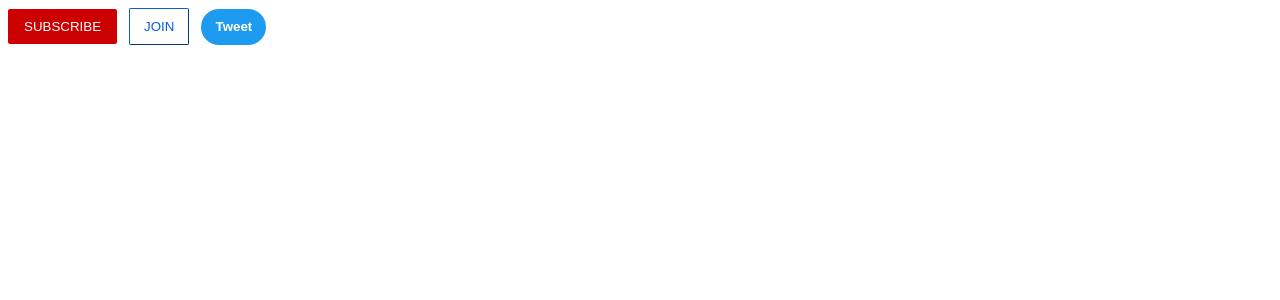
Repository: Kurumilli/Youtube
Page: buttons.html
These files come from the project's save history. The page is drawn as it stood at one moment and after the next save; the edit follows.
The browser window is 1280 px wide. The pictures show the whole page.

Above is the page before, as saved 2025-01-25 20:23:45.

### buttons.html
<html>
<body>
<style>
.subscribe{
    background-color: rgb(204, 0, 0);
    border:none;
    color: white;
    border-radius: 2px;
    cursor: pointer;
    padding-top: 10px;
    padding-bottom: 10px;
    padding-right: 16px;
    padding-left: 16px;
    transition:opacity 0.15s;
}
    .subscribe:hover{
        opacity: 0.8;
    }

    .subscribe:active{
        opacity: 0.4;
    }

.join{
background-color: white;
color: rgb(6, 95, 212);
border-width: 1px;
border-color:rgb(6, 95, 212);
border-radius: 2px;
cursor: pointer;
margin-left: 8px;
padding-top: 10px;
padding-bottom: 10px;
padding-right: 14px;
padding-left: 14px;
transition:background-color 0.15s, color 1s;
}

    .join:hover{
        background-color:rgb(6, 95, 212) ;
        color: white;
    }

    .join:active{
        opacity: 0.5;
    }

.tweet{
    background-color: rgb(29, 155, 240);
    border: none;
    height: 36px;
    color: white;
    width: 65px;
    border-radius: 18px;
    font-weight: bold;
    margin-left: 8px;
    transition: box-shadow 0.15s;
    }

    .tweet:hover{
        box-shadow:5px 5px 10px rgb(0,0,0, 0.15);
    }
</style>

<button class="subscribe">
    SUBSCRIBE
</button>

<button class="join">
    JOIN
</button>

<button class="tweet">
    Tweet
</button>




</body>
</html>

After the next save:
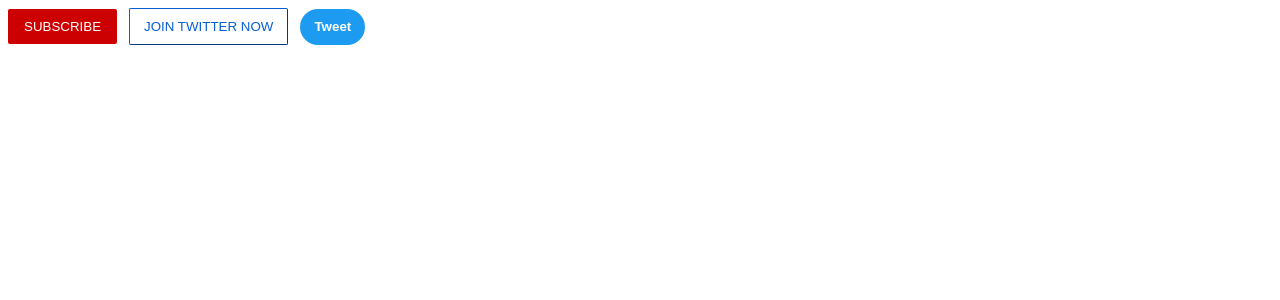
Saved 15 s later.
--- a/buttons.html
+++ b/buttons.html
@@ -67,7 +67,7 @@ transition:background-color 0.15s, color 1s;
 </button>
 
 <button class="join">
-    JOIN
+    JOIN TWITTER NOW
 </button>
 
 <button class="tweet">

After the save that followed:
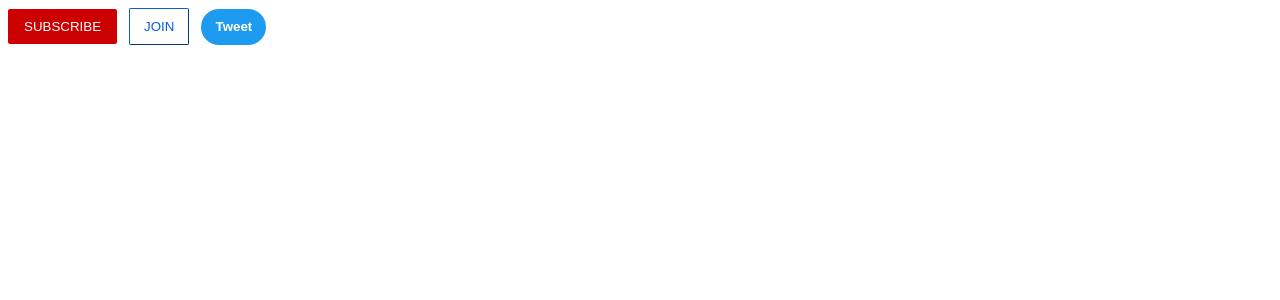
Saved 25 s later.
--- a/buttons.html
+++ b/buttons.html
@@ -67,7 +67,7 @@ transition:background-color 0.15s, color 1s;
 </button>
 
 <button class="join">
-    JOIN TWITTER NOW
+    JOIN
 </button>
 
 <button class="tweet">
